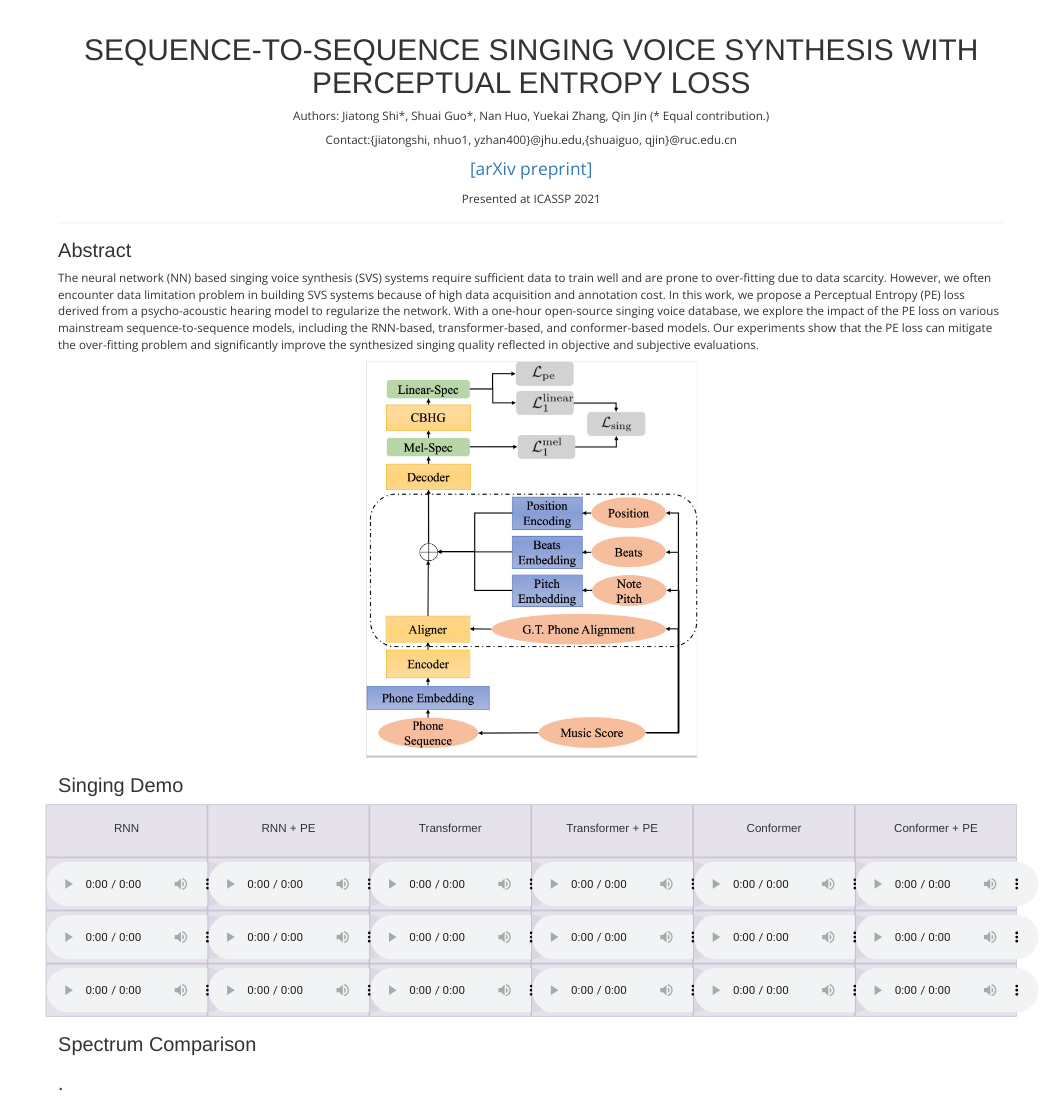
Repository: PeterGuoRuc/SVS_pe.github.io
Page: index.html
The author's editor kept a copy of each file at every save. The page is drawn from the files as they stood at one save, then again after the next save.
The browser window is 1280 px wide. The pictures show the whole page, at 83% of full size.

Above is the page before, as saved 2021-06-06 17:15:09.

### index.html
<!DOCTYPE html>
<html lang="en">
  <head>
    <meta charset="utf-8">
    <meta http-equiv="X-UA-Compatible" content="IE=edge">
    <meta name="viewport" content="width=device-width, initial-scale=1">
    <meta name="description" content="">
    <meta name="author" content="">
    <link rel="shortcut icon" type="image/x-icon" href="../favicon.ico">

    <title>SEQUENCE-TO-SEQUENCE SINGING VOICE SYNTHESIS WITH PERCEPTUAL ENTROPY LOSS</title>

    <!-- Fonts -->
    <link href="https://fonts.googleapis.com/css?family=Abril+Fatface|Open+Sans" rel="stylesheet">

    <!-- Bootstrap core CSS -->
    <!--<link href="bootstrap/dist/css/bootstrap.min.css" rel="stylesheet">-->
    <link href="https://maxcdn.bootstrapcdn.com/bootstrap/3.3.7/css/bootstrap.min.css" rel="stylesheet">

    <!-- IE10 viewport hack for Surface/desktop Windows 8 bug -->
    <!--<link href="bootstrap/assets/css/ie10-viewport-bug-workaround.css" rel="stylesheet">-->
    <link href="https://maxcdn.bootstrapcdn.com/css/ie10-viewport-bug-workaround.css" rel="stylesheet">

    <!-- Custom styles for this template -->
    <link href="poster.css" rel="stylesheet">

    <!-- Just for debugging purposes. Don't actually copy these 2 lines! -->
    <!--[if lt IE 9]><script src="bootstrap/assets/js/ie8-responsive-file-warning.js"></script><![endif]-->
    <!--<script src="bootstrap/assets/js/ie-emulation-modes-warning.js"></script>-->

    <!-- HTML5 shim and Respond.js for IE8 support of HTML5 elements and media queries -->
    <!--[if lt IE 9]>
      <script src="https://oss.maxcdn.com/html5shiv/3.7.3/html5shiv.min.js"></script>
      <script src="https://oss.maxcdn.com/respond/1.4.2/respond.min.js"></script>
    <![endif]-->
  </head>

  <body>
    <div class="container">

      <div class="page-header">
        <h1>
          SEQUENCE-TO-SEQUENCE SINGING VOICE SYNTHESIS WITH PERCEPTUAL ENTROPY LOSS
        </h1>
        <p class="centered">
          Authors: Jiatong Shi*, Shuai Guo*, Nan Huo, Yuekai Zhang, Qin Jin (* Equal contribution.)
        </p>
        <p class="centered">
          Contact:{jiatongshi, nhuo1, yzhan400}@jhu.edu,{shuaiguo, qjin}@ruc.edu.cn
        </p>
        <p class="lead">
          <a class="lead_link" href="https://arxiv.org/abs/2010.12024">[arXiv preprint]</a>
        </p>
        <p class="centered">Presented at ICASSP 2021</p>
      </div>

      <h3>Abstract</h3>
      <p>The neural network (NN) based singing voice synthesis (SVS) systems require sufficient data to train well and are prone to over-fitting due to data scarcity.
        However, we often encounter data limitation problem in building SVS systems because of high data acquisition and annotation cost.
        In this work, we propose a Perceptual Entropy (PE) loss derived from a psycho-acoustic hearing model to regularize the network.
        With a one-hour open-source singing voice database, we explore the impact of the PE loss on various mainstream sequence-to-sequence models, including the RNN-based, transformer-based, and conformer-based models.
        Our experiments show that the PE loss can mitigate the over-fitting problem and significantly improve the synthesized singing quality reflected in objective and subjective evaluations.
      </p>

      <center><img src="images/svs_model.jpg" height="35%" width="35%"></center>

      <h3>Singing Demo</h3>
      <div class="row">
        <div class="col-md-2">RNN</div>
        <div class="col-md-2">RNN + PE</div>
        <div class="col-md-2">Transformer</div>
        <div class="col-md-2">Transformer + PE</div>
        <div class="col-md-2">Conformer</div>
        <div class="col-md-2">Conformer + PE</div>
      </div>
      <div class="row">
        <div class="col-md-2"><audio src="files/1_Feel_4.mp3" controls></audio></div>
        <div class="col-md-2"><audio src="files/2_Feel_4.mp3" controls></audio></div>
        <div class="col-md-2"><audio src="files/2_Feel_4.mp3" controls></audio></div>
        <div class="col-md-2"><audio src="files/2_Feel_4.mp3" controls></audio></div>
        <div class="col-md-2"><audio src="files/3_Feel_4.mp3" controls></audio></div>
        <div class="col-md-2"><audio src="files/4_Feel_4.mp3" controls></audio></div>
      </div>
      <div class="row">
        <div class="col-md-2"><audio src="files/1_Feel_4.mp3" controls></audio></div>
        <div class="col-md-2"><audio src="files/2_Feel_4.mp3" controls></audio></div>
        <div class="col-md-2"><audio src="files/2_Feel_4.mp3" controls></audio></div>
        <div class="col-md-2"><audio src="files/2_Feel_4.mp3" controls></audio></div>
        <div class="col-md-2"><audio src="files/3_Feel_4.mp3" controls></audio></div>
        <div class="col-md-2"><audio src="files/4_Feel_4.mp3" controls></audio></div>
      </div>
      <div class="row">
        <div class="col-md-2"><audio src="files/1_Feel_4.mp3" controls></audio></div>
        <div class="col-md-2"><audio src="files/2_Feel_4.mp3" controls></audio></div>
        <div class="col-md-2"><audio src="files/2_Feel_4.mp3" controls></audio></div>
        <div class="col-md-2"><audio src="files/2_Feel_4.mp3" controls></audio></div>
        <div class="col-md-2"><audio src="files/3_Feel_4.mp3" controls></audio></div>
        <div class="col-md-2"><audio src="files/4_Feel_4.mp3" controls></audio></div>
      </div>

      <h3>Spectrum Comparison</h3>
      <h3>.</h3>


    </div> <!-- /container -->


    <!-- IE10 viewport hack for Surface/desktop Windows 8 bug -->
    <!--<script src="bootstrap/assets/js/ie10-viewport-bug-workaround.js"></script>-->
    <script src="https://maxcdn.bootstrapcdn.com/js/ie10-viewport-bug-workaround.js"></script>
  </body>
</html>

### poster.css

p {
  font-family: 'Open Sans', sans-serif;
  margin: 10px 0 10px;
}

.lead_link {
  margin: 0 5px 0 5px;
}

.lead {
  text-align: center;
  margin-bottom: 0;
}

.centered {
  text-align: center;
}

.image_title {
  text-align: center;
}

img.figure {
  display: block;
  margin-left: auto;
  margin-right: auto;
  max-width: 100%;
}

h1 {
  /* font-family: 'Abril Fatface', cursive; */
  text-align: center;
}

h4 {
  margin-top: 25px;
}
.row {
  margin-bottom: 0px;
  position: relative;
}

/* vertically center audio players */
.row audio {
    position: absolute;
    top: 0;
    left: 0;
    bottom: 0;
    right: 0;
    margin: auto;
    display: block;
    width: 220px;
}

[class*="col-"] {
  padding-top: 17px;
  padding-bottom: 17px;
  background-color: #eee;
  background-color: rgba(86,61,124,.15);
  border: 1px solid #ddd;
  border: 1px solid rgba(86,61,124,.2);
  height: 64px;
  text-align: center;
}

hr {
  margin-top: 40px;
  margin-bottom: 40px;
}

After the next save:
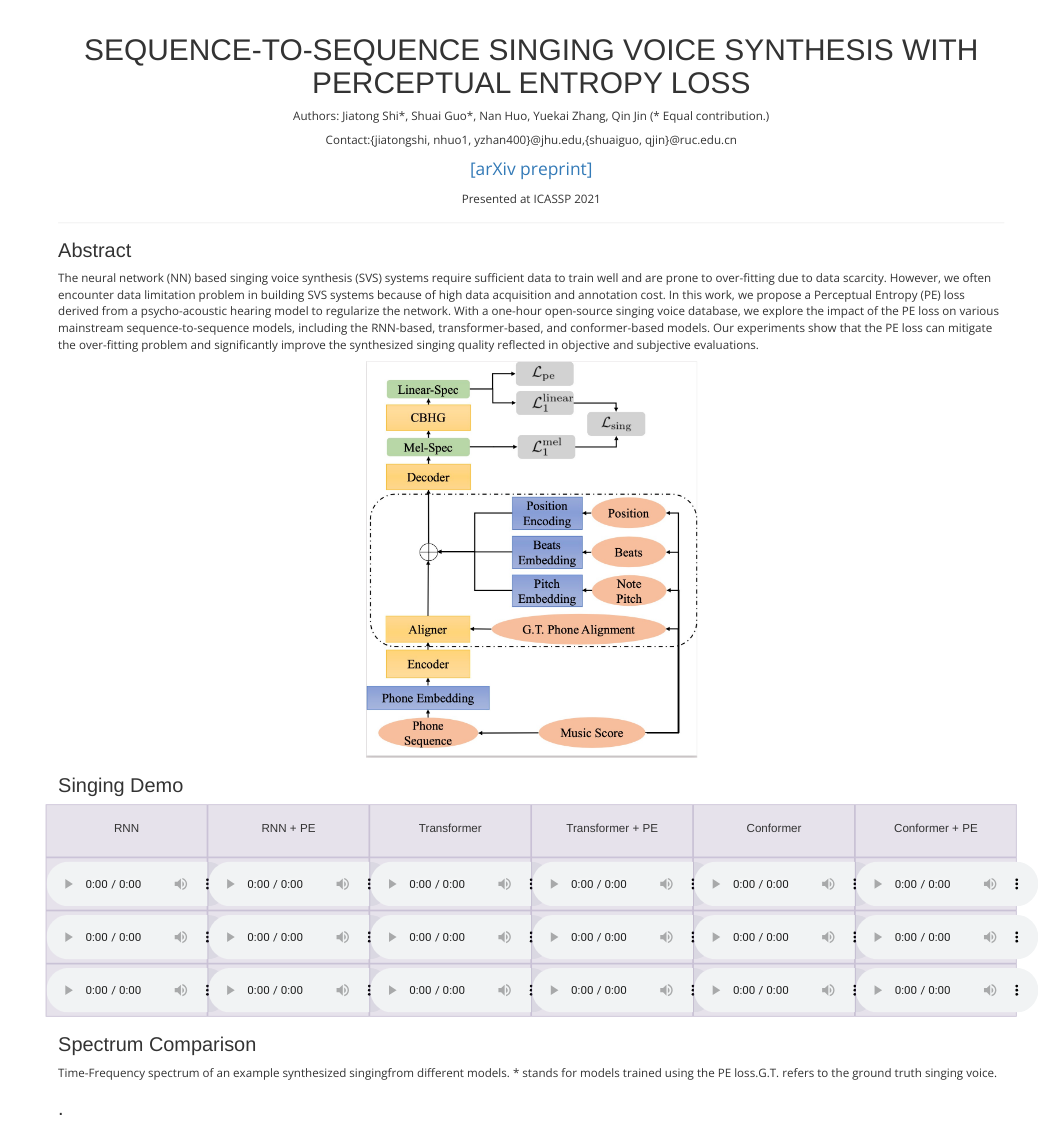
Saved 37 s later.
--- a/index.html
+++ b/index.html
@@ -99,6 +99,10 @@
       </div>
 
       <h3>Spectrum Comparison</h3>
+      <p>Time-Frequency spectrum of an example synthesized singingfrom different models.
+        * stands for models trained using the PE loss.G.T. refers to the ground truth singing voice.
+      </p>
+
       <h3>.</h3>
 
 
